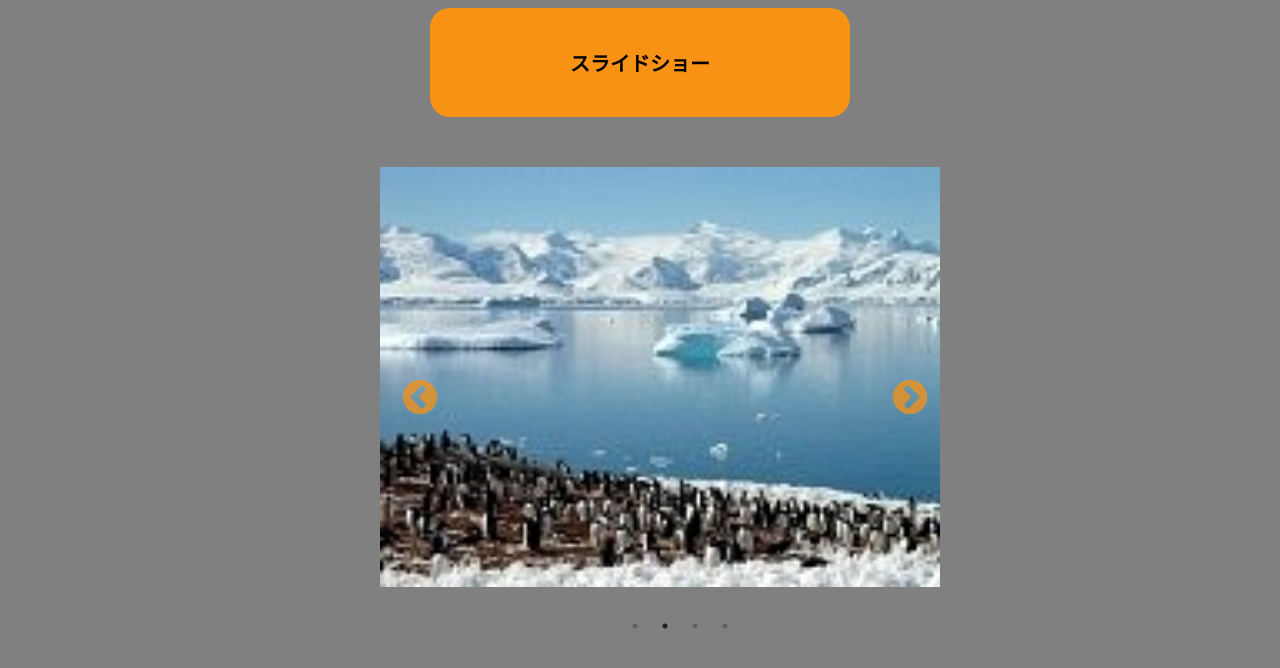
Repository: uemura-15/slideShow
Page: contents/index.html
The author's editor kept a record of every edit. The page is drawn from the files as they stood at one moment, then again after the next edit.
The browser window is 1280 px wide. The pictures show the whole page.

Above is the page before.

After the next edit:
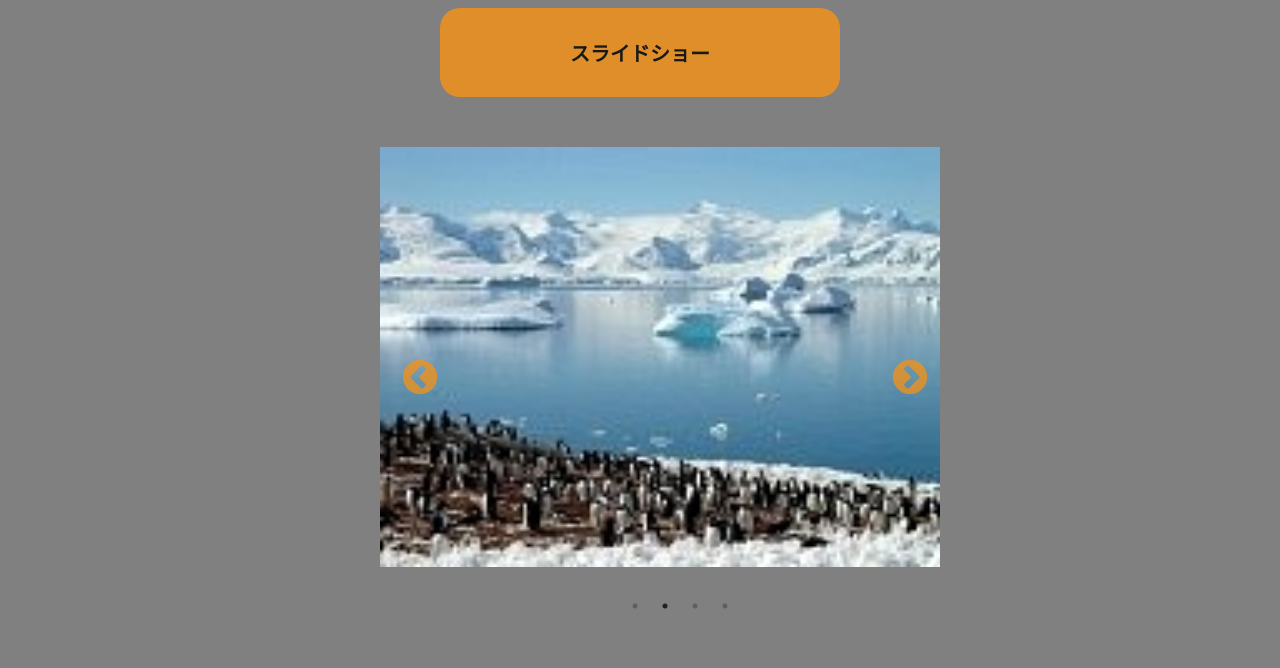
The edit:
--- a/contents/css/style.css
+++ b/contents/css/style.css
@@ -9,8 +9,9 @@
 
 .font {
     width: 30%;
-    padding: 20px;
+    padding: 10px;
     background-color: #f79214;
+    opacity: 0.8;
     border-radius: 20px;
     margin-right: auto;
     margin-left: auto;
